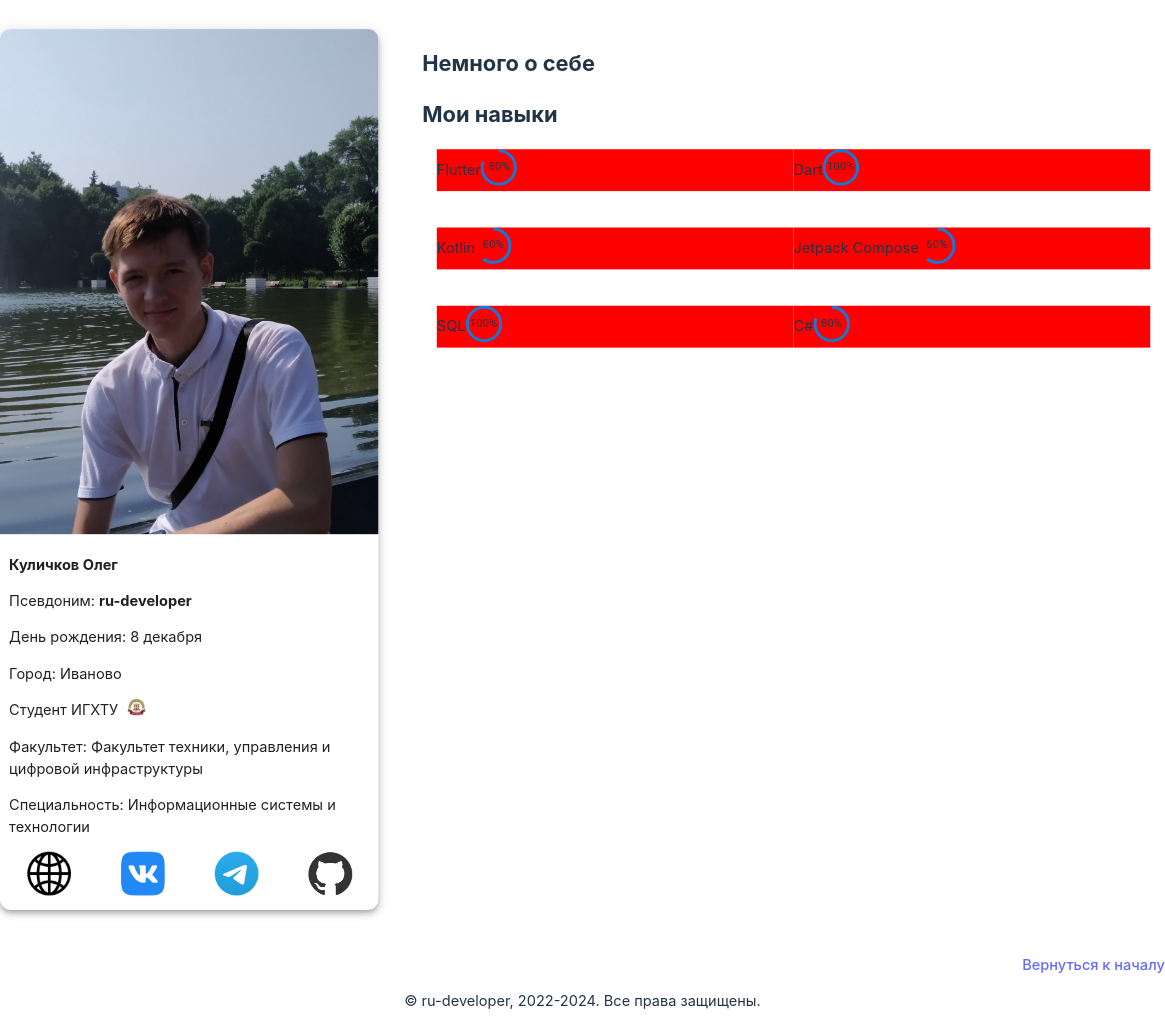
Repository: HubOl01/my_profile
Page: /
An editor plug-in stored every save of this project. The page is shown before and after the next save, followed by the edit.
The browser window is 1280 px wide. The pictures show the whole page, at 91% of full size.
The project was rebuilt for these pictures with package versions that can differ from the ones it lists, and the page was loaded fresh each time. Also part of the build but not shown: vite.config.ts, src/components/header/Header.module.scss, src/data/websites.ts.

Above is the page before, as saved 2024-03-09 10:57:37.

### src/App.tsx
import { Grid } from '@mui/material'
import './App.css'
import Common from './components/center/Common'
import Footer from './components/footer/Footer'
import Header from './components/header/Header'
import LeftBar from './components/left/LeftBar'
import style from './App.module.scss'

function App() {

  return (
    <>
      <Header />
      <Grid container spacing={2}>
        <Grid className={style.profile} item xs={4}>
          <LeftBar />
        </Grid>
        <Grid item xs>
          <Common />
        </Grid>
      </Grid>
      <Footer />
    </>
  )
}

export default App

### src/App.css
#root {
  max-width: 1280px;
  margin: 0 auto;
  /* padding: 2rem; */
  /* text-align: center; */
}
.logo:hover {
  filter: drop-shadow(0 0 2em #646cffaa);
}
.logo.react:hover {
  filter: drop-shadow(0 0 2em #61dafbaa);
}

@keyframes logo-spin {
  from {
    transform: rotate(0deg);
  }
  to {
    transform: rotate(360deg);
  }
}

@media (prefers-reduced-motion: no-preference) {
  a:nth-of-type(2) .logo {
    animation: logo-spin infinite 20s linear;
  }
}

/* .card {
  padding: 2em;
} */

.read-the-docs {
  color: #888;
}


/* .profile{
  min-width: 100%;
} */

### src/components/center/Common.tsx
import React from 'react'
import styles from './styles.module.scss'
import { Box, Grid } from '@mui/material'
import { CircularProgressWithLabel } from '../atoms/circularProgressWithLabel'
import { my_skills } from '../../data/my_skills'

export default function Common() {
  return (
    <div className={styles.center_common}>
      <h2>Немного о себе</h2>
      <p>

      </p>
      <h2>
        Мои навыки
      </h2>
      <Grid container margin={2} rowGap={5}>
        {
          my_skills.map((skill) =>
            <Grid xs={6}>
              <Box sx={{
                // width: "100%",
                // "textAlign": "center",
                background: "red",
              }}
              ><div style={{
                display: "inline-block",
                "textAlign": "center",
                transform: "translateY(-50%)",
              }}>
                {skill.name}

              </div>
                <CircularProgressWithLabel value={skill.progress * 100} />


              </Box>
            </Grid>
          )
        }
        {/*
        <Grid xs={6} ><CircularProgressWithLabel value={my_skills[0].progress}/></Grid> */}
        {/* <Grid xs={6} ><CircularProgressWithLabel value={}/><</Grid>
        <Grid xs={6} ><CircularProgressWithLabel value={}/><</Grid>
        <Grid xs={6} ><CircularProgressWithLabel value={}/><</Grid>
        <Grid xs={6} ><CircularProgressWithLabel value={}/><</Grid>
        <Grid xs={6} ><CircularProgressWithLabel value={}/><</Grid> */}
      </Grid>
      {/* <h2>Хобби</h2>
      <p>
        Я люблю изучать что-то новое. Я программирую на языке программирования
        C# и продолжаю осваивать язык в некоторых направлениях. (Например:
        создание мобильных приложений Xamarin и создание игр Unity)
      </p>
      <h2>Спорт</h2>
      <p>
        Я более 10 лет занимаюсь конькобежным спортом. В 16 лет выполнил
        спортивный разряд кандидат в мастера спорта. Кроме этого, с начала 1
        курса я начал заниматься легкой атлетикой. Принимаю участие в
        соревнованиях в составе сборной ИГХТУ.
      </p> */}
    </div>
  )
}

### src/components/footer/Footer.tsx
import React from 'react'

export default function Footer() {
  return (
    // <footer className="text-muted" style={{
    //   "width":"100%"
    // }}>
      <div className="container">
        <p className="float-right" style={{
      "textAlign": "right"
    }}>
          <a href="#">Вернуться к началу</a>
        </p>
        <p className="footer-text"
        style={{
          "textAlign": "center"
        }}
        >© ru-developer, 2022-{(new Date()).getFullYear()}. Все права защищены.</p>
      </div>
    // </footer>
  )
}

### src/components/header/Header.tsx
import './Header.module.scss'

export default function Header() {
  return (
      <div>
        {/* <h1>About myself</h1> */}
      </div>
  )
}

### src/components/left/LeftBar.tsx
import { Card, Grid } from '@mui/material';
import about from '../../assets/images/About.jpg';
import isuct from '../../assets/images/isuct.png';
import { websites } from '../../data/websites';
import { nickname } from '../../data/my_projects';
import style from './style.module.scss';

const list_web = websites.map((web) =>
  <Grid item xs>
    <div className="web">
      <a
        href={web.href}
        title={web.title}
      >
        <img
          className={style.img_icon}
          alt={web.alt}
          src={web.src}
          width={40}
        />
      </a>
    </div>
  </Grid>
)


const LeftBar = () => {
  return (
    <>
      <Card elevation={5}
      className={style.leftCard}
        sx={{
          borderRadius: 3,
        }} >
        <a title="Куличков Олег" href="https://vk.com/oleg01f">
          <img
            alt="about"
            src={about}
            style={{
              // borderRadius: '15px',
              display: 'flex',
              width: "100%",
            }}
            data-holder-rendered="true"
          />
        </a>
        <div style={{ padding: "5px 10px 10px 10px" }}> {/* top, right, bottom, left */}
          <div>
            <p>
              <b>Куличков Олег</b>
            </p>
            <p>
              Псевдоним: <b>{nickname}</b>
            </p>
            <p>
              <span >День рождения:</span> 8 декабря
            </p>
            <p>
              <span className="text-format">Город:</span> Иваново
            </p>
            <p>
              Студент ИГХТУ
              <img
                className="isuct"
                alt="ISUCT"
                src={isuct}
                width={20}
                style={{ "marginLeft": "10px" }}
              // data-holder-rendered="true"
              />
            </p>
            <p>
              <span className="text-format">Факультет:</span> Факультет техники,
              управления и цифровой инфраструктуры
            </p>
            <p>
              <span className="text-format">Специальность:</span> Информационные
              системы и технологии
            </p>
            {/* <p style={{
              "textAlign": "center",
              "justifyContent": "center",
              display: 'flex',
              width: "100%",

          }}>
            <span className="text-format">Социальные сети</span>
          </p> */}

            <Grid container spacing={2}

              sx={{
                'textAlign': "center",
                // display: 'flex',
                // width: "100%",
              }
              }>
              {list_web}
            </Grid>

          </div>
        </div>


      </Card>
    </>
  )
}

export default LeftBar

### src/App.module.scss
@media (max-width: 425px) {
    .profile{
      min-width: 100%;
    }
  }
  @media screen and (min-width: 426px) {
    .profile{
      min-width: 300px;
    }
  }

### src/components/center/styles.module.scss
.center_common{
    padding: 2rem;
}

### src/components/atoms/circularProgressWithLabel.tsx
import * as React from 'react';
import CircularProgress, {
  CircularProgressProps,
} from '@mui/material/CircularProgress';
import Typography from '@mui/material/Typography';
import Box from '@mui/material/Box';

export function CircularProgressWithLabel(
  props: CircularProgressProps & { value: number },
) {
  return (
    <Box sx={{ position: 'relative', display: 'inline-flex' }}>
      <CircularProgress variant="determinate" {...props} />
      <Box
        sx={{
          top: 0,
          left: 0,
          bottom: 0,
          right: 0,
          position: 'absolute',
          display: 'flex',
          alignItems: 'center',
          justifyContent: 'center',
        }}
      >
        <Typography
          variant="caption"
          component="div"
          // color="text.secondary"
        >{`${Math.round(props.value)}%`}</Typography>
      </Box>
    </Box>
  );
}

// export default function CircularWithValueLabel() {
//   const [progress, setProgress] = React.useState(10);

//   React.useEffect(() => {
//     const timer = setInterval(() => {
//       setProgress((prevProgress) => (prevProgress >= 100 ? 0 : prevProgress + 10));
//     }, 800);
//     return () => {
//       clearInterval(timer);
//     };
//   }, []);

//   return <CircularProgressWithLabel value={progress} />;
// }

### src/data/my_skills.ts
import { FullStack } from "./my_projects";

interface ISkill{
    name: string;
    progress: number;
}

export const my_skills: ISkill[] = [
    {
        name: FullStack.Flutter,
        progress: .80
    },
    {
        name: FullStack.Dart,
        progress: 1
    },
    {
        name: FullStack.Kotlin,
        progress: .6
    },
    {
        name: FullStack.Jetpack_Compose,
        progress: .6
    },
    {
        name: FullStack.SQL,
        progress: 1
    },
    {
        name: FullStack.C_sharp,
        progress: .8
    }
]

### src/data/my_projects.ts
export interface IProjects {
  title: string;
  description: string[];
  url_icon: string;
  url_images: string[];
  url_stores: string[];
  url_sources: string[];
  creator: string;
  fullStack: string[];
  platforms: string[];
  color: string;
}
export const nickname = "ru-developer";
export enum Platforms {
  Android = "Android",
  IOS = "IOS",
  Windows = "Windows",
  Linux = "Linux",
  Web = "Web",
}
// enum Colors {
//   Red = "",
//   White = "",
//   Black = "",
//   Green = "",
// }
export enum FullStack {
  Flutter = "Flutter",
  Dart = "Dart",
  Kotlin = "Kotlin",
  Jetpack_Compose = "Jetpack Compose",
  Winforms = "Winforms",
  C_sharp = "C#",
  React = "React",
  Typescript = "Typescript",
  Retrofit = "Retrofit",
  PHP = "PHP",
  SQLite = "SQLite",
  SQL = "SQL",
  MySQL = "MySQL",
  PostgreSQL = "PostgreSQL",
  Git = "Git",
  HTML = "HTML",
  CSS = "CSS",
  SCSS = "SCSS",
  Vite = "Vite",
}

export const projects: IProjects[] = [
  {
    title: "My Songbook",
    description: [
      "My Songbook – это творческая мастерская в вашем кармане. Независимо от того, являетесь ли вы гитаристом, певцом, композитором или просто энтузиастом музыки, это приложение поможет вам воплотить ваши музыкальные идеи в жизнь.",
      "\n",
      "Основные возможности:",
      "\n",
      "- Записывайте и редактируйте песни: Создавайте музыку в любое время, в любом месте. Записывайте мелодии, добавляйте тексты и настраивайте аранжировки – все это в вашем распоряжении.",
      "- Справочник аккордов для гитары: Независимо от вашего уровня мастерства, наше приложение предлагает обширный справочник аккордов для гитары. Найдите нужный аккорд и создайте свой собственный уникальный звук.",
      "- Автоскролл и легкая навигация: Никогда больше не теряйтесь в тексте. Функция автоскролла позволяет вам сконцентрироваться на музыке, а не на прокрутке текста.",
      "- Делитесь своей музыкой: Поделитесь своими произведениями с миром через социальные сети непосредственно из приложения. Позвольте всем услышать вашу творческую энергию.",
      "- Аудиофайлы с песнями: Сохраняйте свои композиции в виде аудиофайлов. Прослушивайте их в любое время или отправляйте друзьям и коллегам.",
      "\n",
      "Почему выбрать My Songbook?",
      "\n",
      "- Простота и удобство: Даже если вы начинающий музыкант, вы сможете создавать профессиональные композиции с легкостью.",
      "- Безопасное хранение ваших произведений: Ваши записи остаются конфиденциальными. Спокойно работайте над своими идеями, зная, что они в безопасности.",
      "\n",
      "Неважно, вы начинающий музыкант или профессионал, My Songbook поможет вам создать и поделиться музыкой, которая касается сердец. Начните свое музыкальное путешествие сегодня!",
    ],
    url_icon: "",
    url_images: [],
    url_stores: [
      "https://apps.rustore.ru/app/ru.ru_developer.my_songbook",
      "https://appgallery.huawei.com/app/C109087129",
      "https://global.app.mi.com/details?lo=RU&la=en_US&id=ru.ru_developer.my_songbook.mi",
    ],
    url_sources: ["https://github.com/HubOl01/my_songbook"],
    creator: nickname,
    fullStack: [FullStack.Flutter, FullStack.Dart],
    platforms: [Platforms.Android],
    color: "",
  },
  {
    title: "Мой универ - ИГХТУ",
    description: [
      '"Мой универ - ИГХТУ" - это мобильное приложение, специально разработанное для студентов Ивановского государственного химико-технологического университета. Вы теперь сможете посмотреть расписание пар даже без интернета! Также можно получать уведомления об информации пар каждый день. В приложении также доступны заметки и вы можете записывать лекции, делать пометки, прикреплять ссылки и также делиться ими.',
      "\n",
      "Основные функции приложения:",
      "\n",
      "- Календарь с расписанием пар на текущий день",
      "- Расписание лекций, практик и семинаров",
      "- Новости ВУЗа",
      "- Вход в moodle ИГХТУ",
      "- Расписание преподавателей, сессий",
      "- Поисковик",
      "- Заметки, конспекты",
      "- Уведомления об информации пар на каждый день",
      "\n",
      "Также приложение адаптировано под планшеты      ",
    ],
    url_icon: "",
    url_images: [],
    url_stores: [
      "https://apps.rustore.ru/app/ru.ru_developer.my_university_isuct",
    ],
    url_sources: ["https://github.com/HubOl01/my_university_isuct"],
    creator: nickname,
    fullStack: [FullStack.Flutter, FullStack.Dart, FullStack.PHP],
    platforms: [Platforms.Android],
    color: "",
  },
  {
    title: "MyAppHome",
    description: ["Приложение для многоквартирных домов"],
    url_icon: "",
    url_images: [],
    url_stores: [],
    url_sources: [],
    creator: "Создано вместе с командой OVERLAGO",
    fullStack: [FullStack.Flutter, FullStack.Dart],
    platforms: [Platforms.Android],
    color: "",
  },
  {
    title: "City Adventures",
    description: [],
    url_icon: "",
    url_images: [],
    url_stores: [],
    url_sources: [],
    creator: "Создано с командой на хакатоне",
    fullStack: [FullStack.Flutter, FullStack.Dart],
    platforms: [Platforms.Android],
    color: "",
  },
  {
    title: "Bellisemo",
    description: ["Student project for study architectural technologies"],
    url_icon: "",
    url_images: [],
    url_stores: [],
    url_sources: [],
    creator: "Student project",
    fullStack: [FullStack.React, FullStack.Typescript],
    platforms: [Platforms.Web],
    color: "",
  },
  {
    title: "Weather",
    description: ["Student project for study kotlin jetpack compose"],
    url_icon: "",
    url_images: [],
    url_stores: [],
    url_sources: [],
    creator: nickname,
    fullStack: [
      FullStack.Jetpack_Compose,
      FullStack.Kotlin,
      FullStack.Retrofit,
    ],
    platforms: [Platforms.Android],
    color: "",
  },
  {
    title: "My portfolio",
    description: ["Вебсайт для показа своих проектов, которые мы видим здесь"],
    url_icon: "",
    url_images: [],
    url_stores: [],
    url_sources: [],
    creator: nickname,
    fullStack: [FullStack.React, FullStack.Typescript],
    platforms: [Platforms.Web],
    color: "",
  },
];

### src/components/left/style.module.scss
@media (max-width: 699px) {
    .img_icon {
        width: 2em;
        // height: 50%;
    }
}
@media screen and (min-width: 700px) {
    .img_icon {
        width: 3em;
        // height: 50%;
    }
}
// @media screen and (max-width: 768px) {
//     .img_icon {
//         width: 50px;
//         height: 50px;
//     }
// }
div {
    display: "flex";
}
.leftCard {
    margin: 2em 0;
}
/* // .custom-card{

// } */

Loaded but not shown: index.html (common file); src/main.tsx (common file); src/index.css (common file)

After the next save:
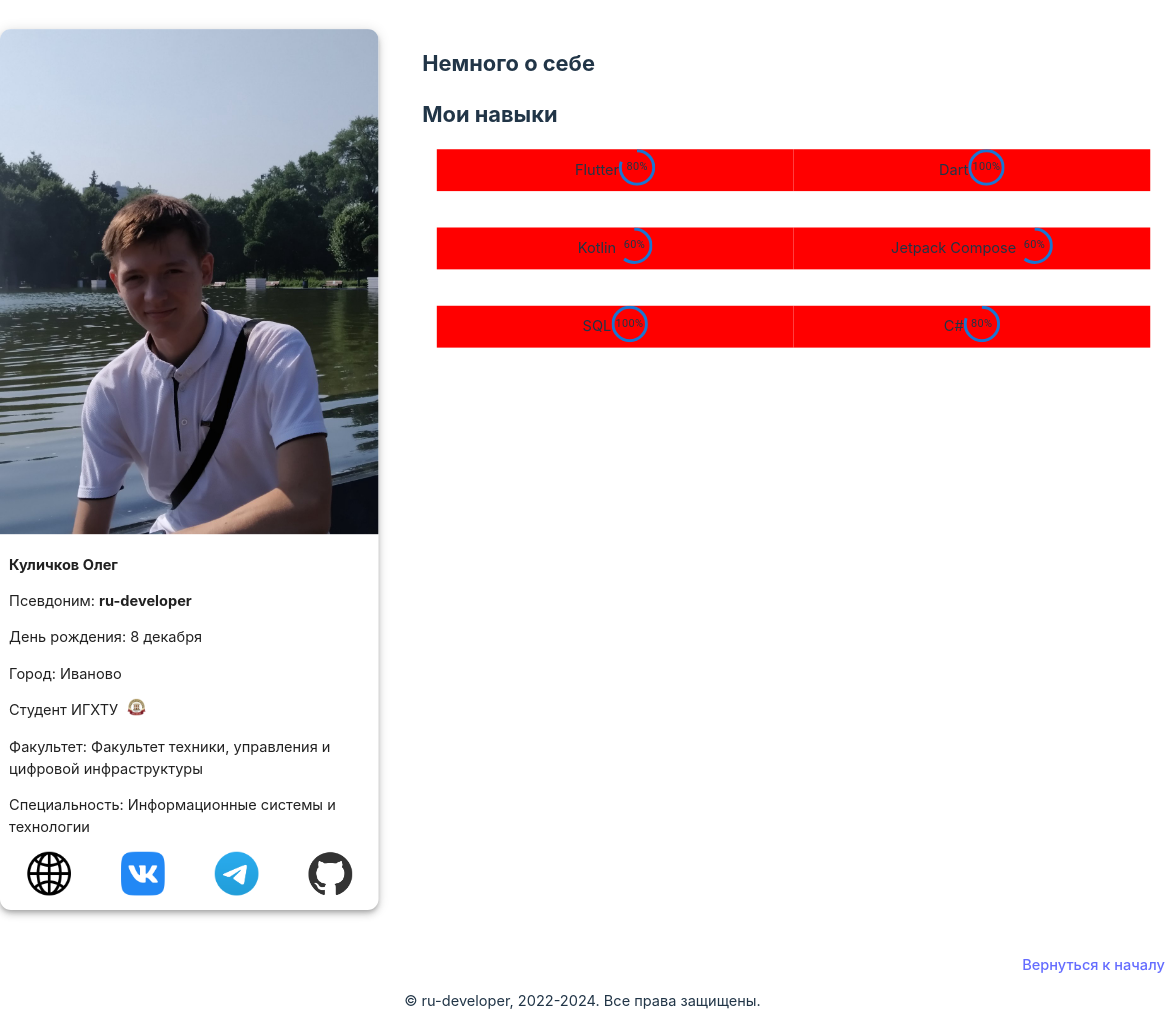
Saved 4 s later.
--- a/src/components/center/Common.tsx
+++ b/src/components/center/Common.tsx
@@ -20,7 +20,7 @@ export default function Common() {
             <Grid xs={6}>
               <Box sx={{
                 // width: "100%",
-                // "textAlign": "center",
+                "textAlign": "center",
                 background: "red",
               }}
               ><div style={{
